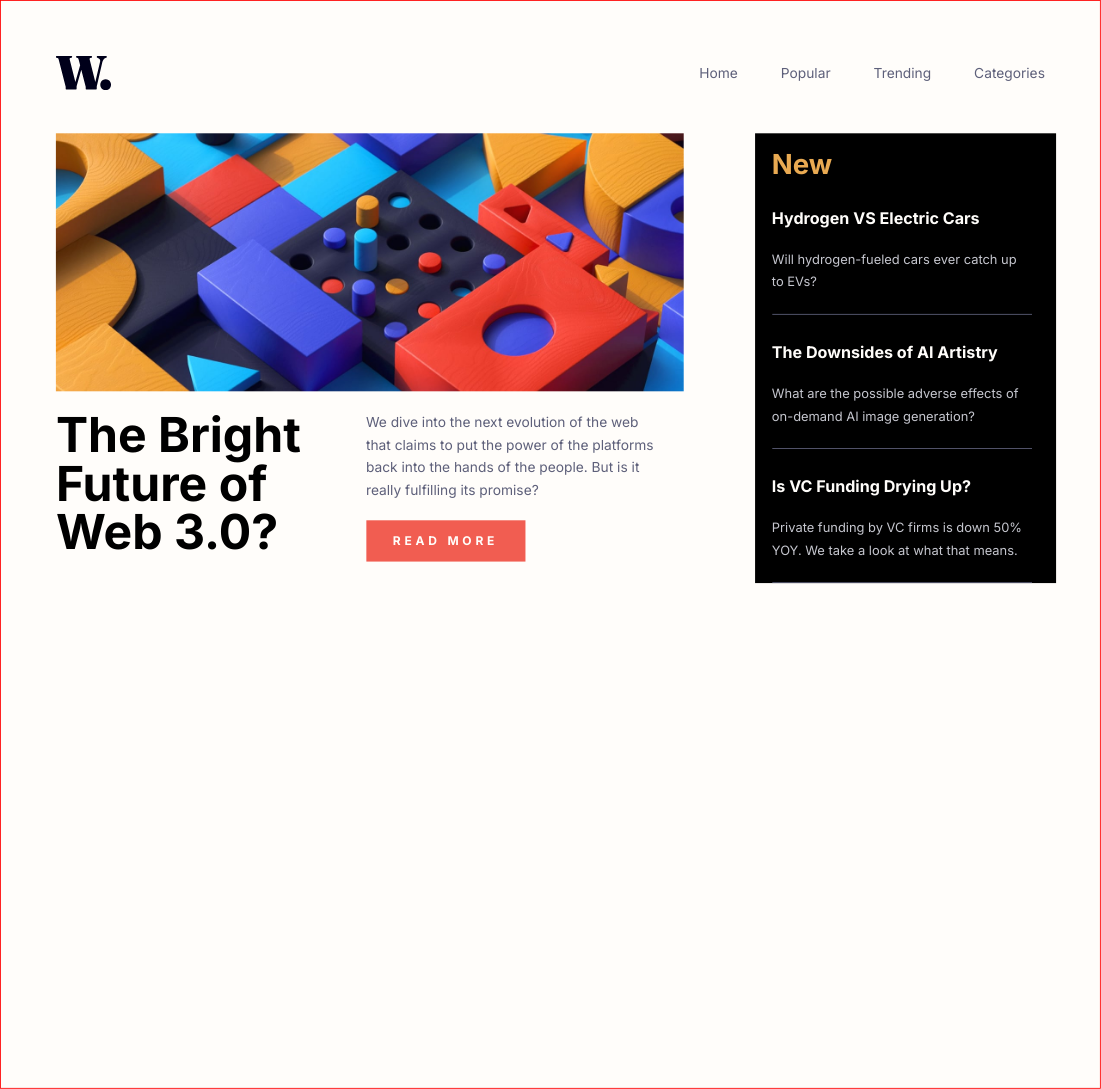
Repository: Arkitecth/news-webpage
Page: index.html
These files come from the project's save history. The page is drawn as it stood at one moment and after the next save; the edit follows.
The browser window is 1280 px wide. The pictures show the whole page, at 86% of full size.

Above is the page before, as saved 2023-06-07 21:00:27.

### index.html
<!DOCTYPE html>
<html lang="en">
<head>
  <meta charset="UTF-8">
  <meta name="viewport" content="width=device-width, initial-scale=1.0"> <!-- displays site properly based on user's device -->
  <title>News homepage</title>
  <link rel="stylesheet" media="screen and (max-width:1440px)"href="style.css">
  <link rel="stylesheet" media="screen and (min-width:320px) and (max-width:768px)" href="mobile.css">
</head>
<body>
  <main>
    <nav class="flex-container">
      <img class="logo" src="assets/images/logo.svg" alt="logo">
      <div class="hamburger-menu">
        <img class="icon-menu" src="assets/images/icon-menu.svg" alt="icon-menu">
          <ul class="menu-items">
            <li><a href="#"> Home </a> </li>
            <li><a href="#"> Popular </a></li>
            <li><a href="#">Trending </a></li>
            <li><a href="#">Categories</a></li>
          </ul>
      </div>
    </nav>

    <div class="showcase">
      <section class="showcase-card">
        <img class="background-image" src="assets/images/image-web-3-mobile.jpg" alt="background-image">
        <h1>The Bright Future of Web 3.0? </h1>
        <p> We dive into the next evolution of the web that claims to put the power of the platforms back into the hands of the people.
          But is it really fulfilling its promise? </p>
        <a class="primary-btn" href="#">Read more </a>
      </section>

       <section class="news-card">
        <h2>New</h2>
        <article>
          <h3>Hydrogen VS Electric Cars</h3>
          <p>Will hydrogen-fueled cars ever catch up to EVs?  </p>
        </article>

        <article>
          <h3>The Downsides of AI Artistry </h3>
          <p>What are the possible adverse effects of on-demand AI image generation?</p>
        </article>
        <article>
          <h3>Is VC Funding Drying Up?</h3>
          <p>Private funding by VC firms is down 50% YOY. We take a look at what that means.</p>
        </article>
    </section>

    <!-- <section class="game-card">
      <article>
        <img src="assets/images/image-retro-pcs.jpg" alt="image-retro-pcs">
        <div class="game-content">
          <h2>01</h2>
          <h3>Reviving Retro PCs</h3>
          <p>What happens when old PCs are given modern upgrades?</p>
        </div>
      </article>

      <article>
        <img src="assets/images/image-top-laptops.jpg" alt="image-top-laptops">
        <div class="game-content">
          <h2>02</h2>
          <h3>Top 10 Laptops of 2022</h3>
          <p>Our best picks for various needs and budgets.</p>
        </div>
      </article>

      <article>
        <img src="assets/images/image-gaming-growth.jpg" alt="image-top-laptops">
        <div class="game-content">
          <h2>03</h2>
          <h3>The Growth of Gaming</h3>
          <p>How the pandemic has sparked fresh opportunities.</p>
        </div>
      </article>

    </section> -->

    </div>
  </main>
<script src="script.js"></script>

</body>
</html>

### style.css
@import url('https://fonts.googleapis.com/css2?family=Inter:wght@400;700;800&display=swap');

:root {
    --dark-primary: #00001A;
    --dark-secondary:#5E607A;
    --almost-white:#FFFDFA;
    --primary-color:#F15D51;
    --list-color:#5E607A
}

/* Main Styling */
* {
    margin: 0;
    padding: 0;
    box-sizing: border-box;
}


p {
    color: #5E607A;
    line-height: 26px;
}

body {
    font-family: 'Inter', sans-serif;
    background: #FFFDFA;
}

.primary-btn {
    text-decoration: none;
    text-transform: uppercase;
    background-color: var(--primary-color);
    color: var(--almost-white);
    width: 185px;
    height: 48px;
    font-weight: 700;
    font-size: 14px;
    text-align: center;
    padding-top: 15px;
    letter-spacing: 4.38px;
}


.primary-btn:hover {
    background-color: #00001A;
}


main {
    max-width: 1300px;
    margin: auto;
    padding: 4rem 4rem;
    overflow: hidden;
    border: 1px solid red;
}

.icon-menu {
    display: none;
}

.flex-container {
    display: flex;
    justify-content: space-between;
    align-items: center;
}

.menu-items li  {
    list-style-type: none;
}
.menu-items {
    display: flex;
    justify-content: space-evenly;
    gap: 50px;
}
.menu-items li a {
    color: var(--list-color);
    text-decoration: none;
}

.menu-items li a:hover {
    color: var(--primary-color);
}

.background-image {
    content: url("assets/images/image-web-3-desktop.jpg");
    width: 730px;
}

/* Showcase */

.showcase {
    display: grid;
    grid-template-columns: 2fr 1fr;
    grid-template-rows: 1fr 1fr;
    margin-top: 50px;
}

.showcase-card .background-image {
    grid-row: 1;
    grid-column: 1 / span 3;
}

.showcase-card {
    display: grid;
    grid-template-rows: auto auto auto auto;
    grid-template-columns: auto auto auto;
    row-gap: 20px;
}

.showcase-card h1 {
    grid-row: 2 / span 3;
    font-size: 56px;
    line-height: 56px;
}

.showcase-card p {
    grid-row-start: 2;
    width: 350px;
    grid-column: 2 / span 3;
}

.showcase-card a {
    grid-row: 3;
}
.news-card {
    display: grid;
    background-color: black;
    color: #FFFDFA;
    padding-left: 20px;
    width: 350px;
}

.news-card h2 {
    color: #E9AA52;
    font-size: 2rem;
    padding-top: 1rem;
}

.news-card article h3 {
    padding-bottom: 1.5rem;
    padding-top: 2rem;
}

.news-card article p {
    padding-bottom: 1.5rem;
    width: 302px;
    font-size: 15px;
    border-bottom: 1px solid #5E607A;
    color: #C5C6CE;
}


/* Game Card */

.game-card {
    display: grid;
    grid-template-columns: 1fr 1fr 1fr;
    margin: 100px 30px 0 30px;
    justify-content: center;
    padding-bottom: 100px;
    align-items: center;
    gap:30px;
    grid-column:  1 / span 2;
}

.game-card img {
    width: 100px;
    height: 129px;
}

.game-card article {
    display: grid;
    grid-template-columns: auto 1fr;
}

.game-content {
   padding-left: 20px;
}

.game-content h2 {
    color: #C5C6CE;
    font-size: 2rem;
    padding-bottom: 0.5rem;
}

### script.js
const hamburger = document.querySelector(".hamburger-menu");
const iconMenu = document.querySelector(".icon-menu");
const menuItems = document.querySelector(".menu-items");
const backgroundImage = document.querySelector(".background-image");

const body = document.querySelector("body");
iconMenu.addEventListener("click", () => {
    hamburger.classList.toggle("menu-box");
    iconMenu.classList.toggle("toggle-icon");
    menuItems.classList.toggle("toggle-menu-items");
    body.classList.toggle("toggle-dark");
    backgroundImage.classList.toggle("toggle-background-brightness");
})
iconMenu.src = "assets/images/icon-menu.svg";

### mobile.css
:root {
    --dark-primary: #00001A;
    --dark-secondary:#5E607A;
    --almost-white:#FFFDFA;
    --primary-color:#F15D51;
}
main {
    display: grid;
    grid-template-rows: auto auto auto auto;
}

.flex-container {
    display: flex;
    justify-content: space-between;
    align-items: center;
}

.container {
    margin: 1.25rem;
}

.logo {
    margin: 1.25rem;
}


/* Menu and Nav */
.icon-menu {
    display: block;
}
.menu-items {
    list-style-type: none;
    display: none;
    font-size: 1.125rem;
}

.menu-items li {
    padding: 20px;
}


.menu-items li a {
    text-decoration: none;
    color: #00001A;

}


.hamburger-menu {
    margin: 20px;
}

.toggle-dark {
    background-color: rgba(18, 23, 37, 0.6);
}

.menu-box {
    position: absolute;
    margin: 0;
    top: 0;
    right: 0;
    height: 100vh;
    width: 40vh;
    background-color: var(--almost-white);
    z-index: 1;
}


.toggle-icon {
    content: url("assets/images/icon-menu-close.svg");
    padding-top: 20px;
    margin-left: 80%;
}

.toggle-menu-items {
    display: block;
    padding: 20px;
}

.toggle-background-brightness {
    filter: brightness(50%);
}

.showcase {
    display: block;
}

/* Showcase Card */

.background-image {
    width: 343px;
}

.showcase-card {
    display: grid;
    grid-template-rows: repeat(1fr 1fr 1fr 1fr);
    align-content: center;
    justify-content: center;
}

.showcase-card h1 {
    font-size: 2.5rem;
    font-weight: 800;
    width: 21.4375rem;
    padding: 1rem 0 1rem 0;
}

.showcase-card p {
    width: 21.4375rem;
}

.primary-btn {
    margin-top: 20px;
}

.primary-btn {
    text-decoration: none;
    text-transform: uppercase;
    background-color: var(--primary-color);
    color: var(--almost-white);
    width: 185px;
    height: 48px;
    font-weight: 700;
    font-size: 14px;
    text-align: center;
    padding-top: 15px;
    letter-spacing: 4.38px;
}


.primary-btn:hover {
    background-color: #00001A;
}

/* News Card */
.news-card {
    display: grid;
    justify-content: center;
    background-color: black;
    color: #FFFDFA;
    margin: 100px 30px 0 30px;
    padding-left: 20px;
}

.news-card h2 {
    color: #E9AA52;
    font-size: 2rem;
    padding-top: 1rem;
}

.news-card article h3 {
    padding-bottom: 1.5rem;
    padding-top: 2rem;
}

.news-card article p {
    padding-bottom: 1.5rem;
    border-bottom: 1px solid #5E607A;
    color: #C5C6CE;
}

/* Game Card */

.game-card {
    display: grid;
    grid-template-rows: 1fr 1fr 1fr;
    margin: 100px 30px 0 30px;
    justify-content: center;
    padding-bottom: 100px;
    align-items: center;
    gap:30px
}

.game-card img {
    width: 100px;
    height: 129px;
}

.game-card article {
    display: grid;
    grid-template-columns: auto 1fr;
}

.game-content {
   padding-left: 20px;
}

.game-content h2 {
    color: #C5C6CE;
    font-size: 2rem;
    padding-bottom: 0.5rem;
}

.game-content h3 {
    padding-bottom: 1rem;
}

After the next save:
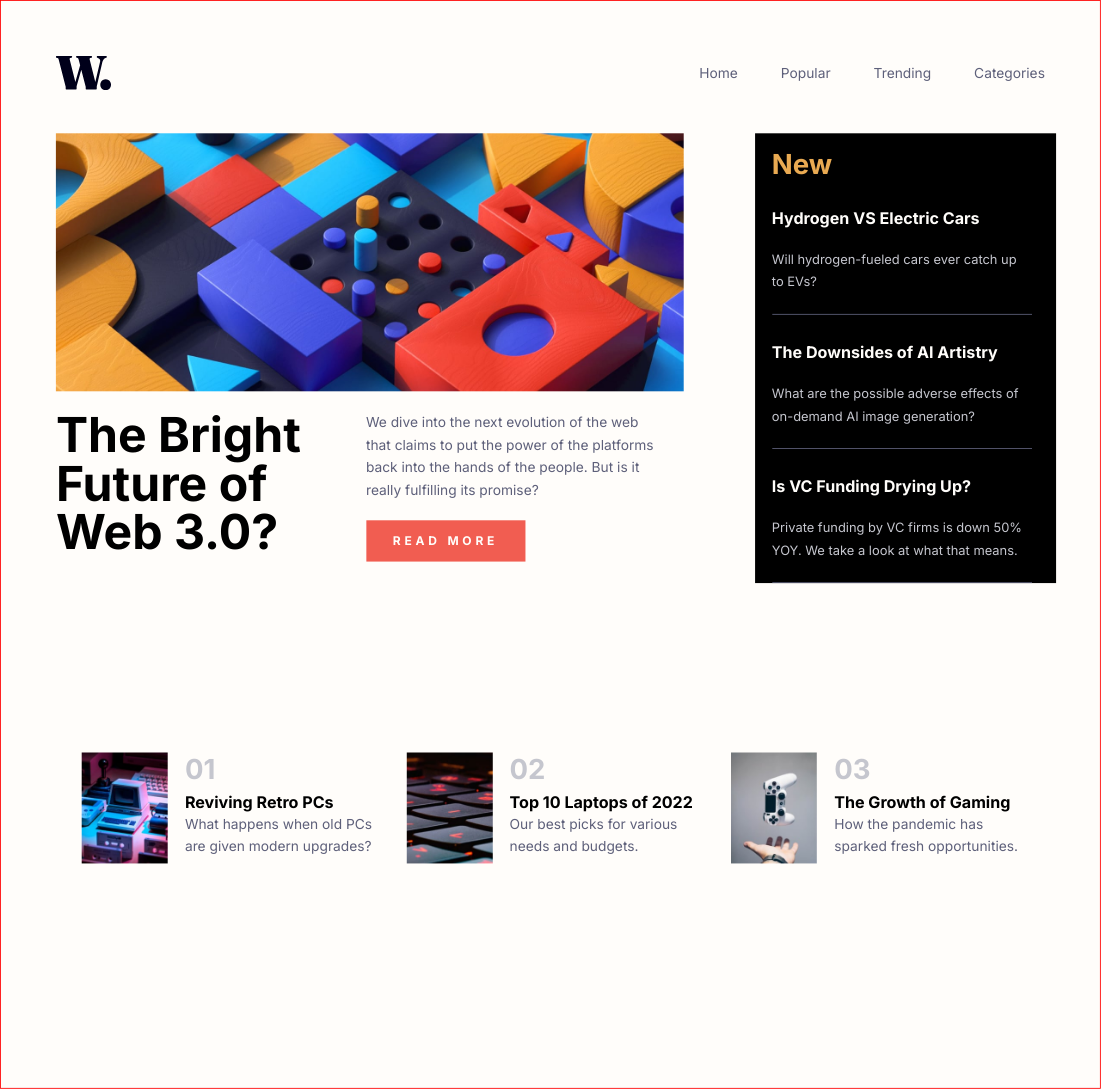
Saved 13 s later.
--- a/index.html
+++ b/index.html
@@ -48,7 +48,7 @@
         </article>
     </section>
 
-    <!-- <section class="game-card">
+    <section class="game-card">
       <article>
         <img src="assets/images/image-retro-pcs.jpg" alt="image-retro-pcs">
         <div class="game-content">
@@ -76,11 +76,10 @@
         </div>
       </article>
 
-    </section> -->
+    </section>
 
     </div>
   </main>
 <script src="script.js"></script>
-
 </body>
 </html>
